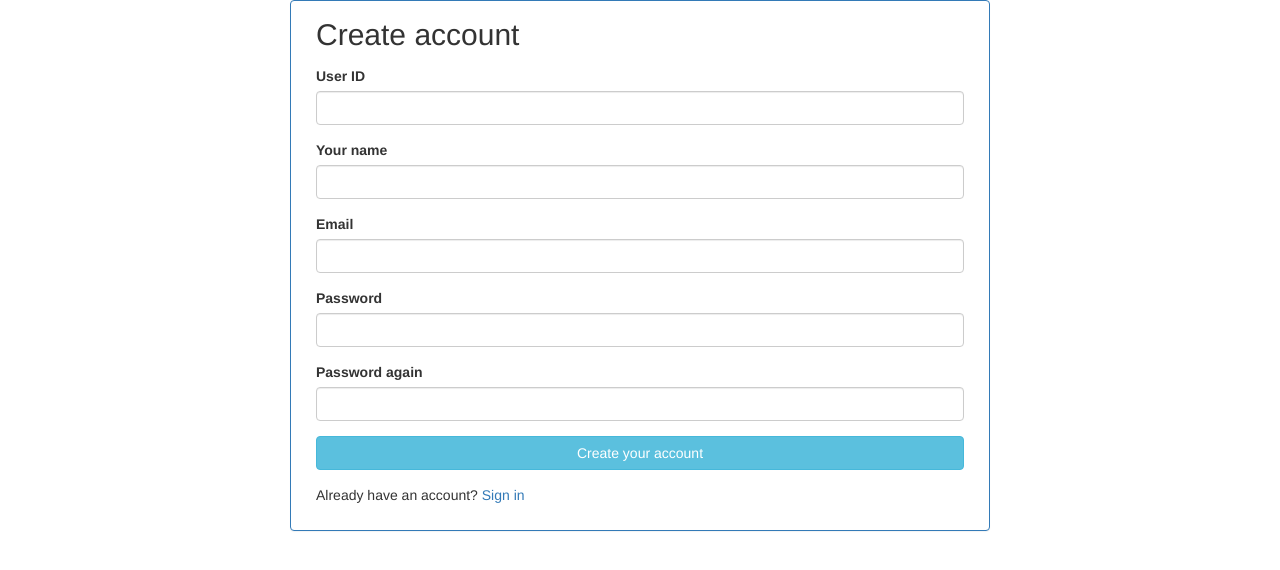
Repository: vishnujayabalan/MobileShopping
Page: http://localhost/frontend/WEB-INF/view/Register.jsp
These files come from the project's save history. The page is drawn as it stood at one moment and after the next save; the edit follows.
The browser window is 1280 px wide. The pictures show the whole page.
Some web libraries are served in a nearby version. The page is served by Tomcat 9. Nobody is signed in. Other server files are loaded and not shown. The template is opened directly, without the code that normally fills it, so the values that code supplies are empty.

Above is the page before, as saved 2017-04-03 09:17:14.

### frontend/src/main/webapp/WEB-INF/view/Register.jsp
<%@ page language="java" contentType="text/html; charset=ISO-8859-1"
    pageEncoding="ISO-8859-1"%>
<!DOCTYPE html PUBLIC "-//W3C//DTD HTML 4.01 Transitional//EN" "http://www.w3.org/TR/html4/loose.dtd">
<html>
<head>
<%@ taglib uri="http://java.sun.com/jsp/jstl/core" prefix="c"%>
<meta http-equiv="Content-Type" content="text/html; charset=ISO-8859-1">
<meta name="viewport" content="width=device-width, initial-scale=1">
  <link rel="stylesheet" href="https://maxcdn.bootstrapcdn.com/bootstrap/3.3.7/css/bootstrap.min.css">
  <script src="https://ajax.googleapis.com/ajax/libs/jquery/3.1.1/jquery.min.js"></script>
  <script src="https://maxcdn.bootstrapcdn.com/bootstrap/3.3.7/js/bootstrap.min.js"></script>
<title>register</title>
</head>
<style>
form { margin: 0px 10px; }

h2 {
  margin-top: 2px;
  margin-bottom: 2px;
}

.container { max-width: 700px; }

.divider {
  text-align: center;
  margin-top: 20px;
  margin-bottom: 5px;
}
.divider hr {
 margin: 7px 0px;
  width: 35%;

}
.left { float: left; }

.right { float: right; }

<c:if test="${!empty register }">
					<div id="login-alert"
						class="alert alert-success col-sm-12">

							${msg}

					</div>
					</c:if>

</style>
<body>

    <div class="container">
		<div class="row">
			<div class="panel panel-primary">
				<div class="panel-body">
					<form method="POST" action="create_register" method="get">
						<div class="form-group">
							<h2>Create account</h2>
						</div>
						<div class="form-group">
							<label class="control-label" for="id">User ID</label>
							<input name="userid" type="text" maxlength="20" class="form-control">
						</div>
						<div class="form-group">
							<label class="control-label" for="signupName">Your name</label>
							<input name="name" type="text" maxlength="50" class="form-control">
						</div>
						<div class="form-group">
							<label class="control-label" for="signupEmailagain">Email </label>
							<input name="email" type="email" maxlength="50" class="form-control">
						</div>
						<div class="form-group">
							<label class="control-label" for="signupPassword">Password</label>
							<input name="pwd" type="password" maxlength="25" class="form-control"  length="40">
						</div>
						<div class="form-group">
							<label class="control-label" for="signupPasswordagain">Password again</label>
							<input name="cpwd" type="password" maxlength="25" class="form-control">
						</div>
						<div class="form-group">
							<button id="signupSubmit" type="submit" class="btn btn-info btn-block">Create your account</button>
						</div>
						<p></p>Already have an account? <a href="clicklog">Sign in</a></p>
					</form>
				</div>
			</div>
		</div>
	</div>
</body>
</html>

After the next save:
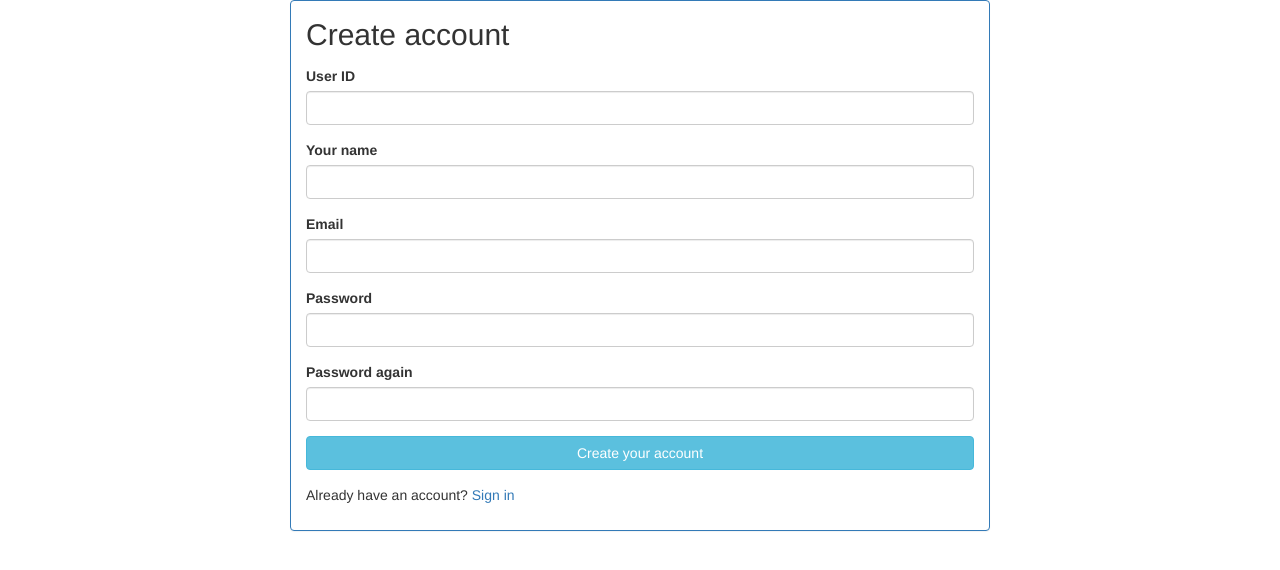
Saved 32 s later.
--- a/frontend/src/main/webapp/WEB-INF/view/Register.jsp
+++ b/frontend/src/main/webapp/WEB-INF/view/Register.jsp
@@ -12,7 +12,7 @@
 <title>register</title>
 </head>
 <style>
-form { margin: 0px 10px; }
+
 
 h2 {
   margin-top: 2px;
